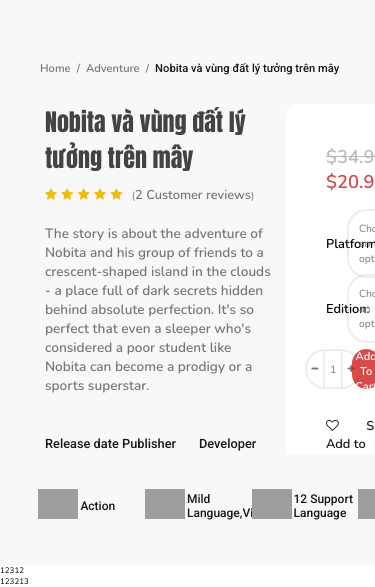
Repository: NguyenDinhThuyVy/TestWebsite
Page: detail.html
An editor plug-in stored every save of this project. The page is shown before and after the next save, followed by the edit.
The browser window is 375 px wide. The pictures show the part of the page from y = 600 to 1187 px (the page is 1187 px tall before and 1177 px after).
Pictures or frames that could not be fetched are drawn as grey boxes. Some web fonts or font styles are not loaded; a fallback is used.

Above is the page before, as saved 2023-09-30 21:54:48.

After the next save:
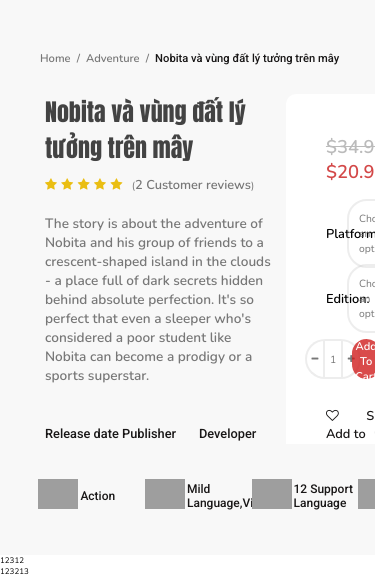
Saved 13 s later.
--- a/style.css
+++ b/style.css
@@ -513,7 +513,7 @@
 
   .product-content {
     width: 88%;
-    margin: 20px 20px 20px 20px;
+    margin: 10px 20px 20px 20px;
   }
 
 }

After the save that followed:
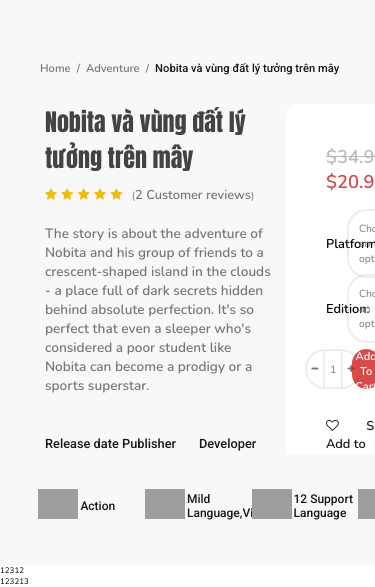
Saved 6 s later.
--- a/style.css
+++ b/style.css
@@ -513,7 +513,7 @@
 
   .product-content {
     width: 88%;
-    margin: 10px 20px 20px 20px;
+    margin: 20px 20px 20px 20px;
   }
 
 }
